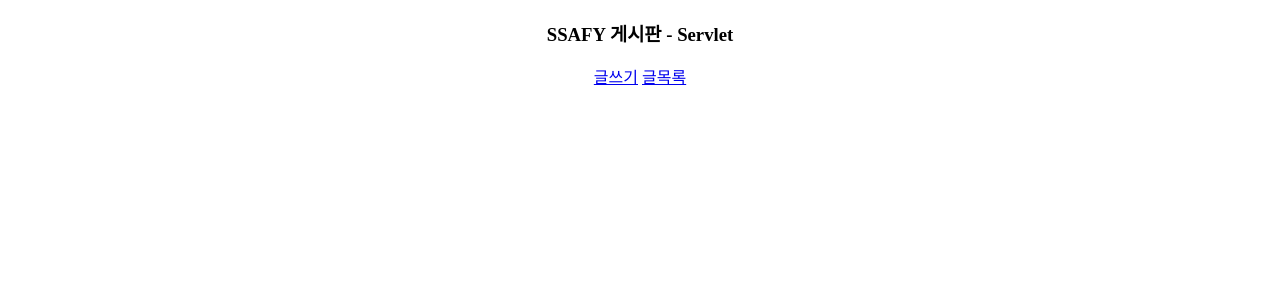
Repository: govltjsdnd24/SSAFY_BackEnd
Page: board1_servlet/WebContent/index.html
The author's editor kept a copy of each file at every save. The page is drawn from the files as they stood at one save, then again after the next save.
The browser window is 1280 px wide. The pictures show the whole page.

Above is the page before, as saved 2023-09-14 05:51:52.

### board1_servlet/WebContent/index.html
<!DOCTYPE html>
<html>
<head>
<meta charset="UTF-8">
<title>Insert title here</title>
</head>
<body>
	<div align="center">
		<h3> SSAFY 게시판 - Servlet</h3>
		<a href="/board1_servlet/board/write.html">글쓰기</a>
		<a href="/board1_servlet/list">글목록</a>
	</div>
</body>
</html>

After the next save:
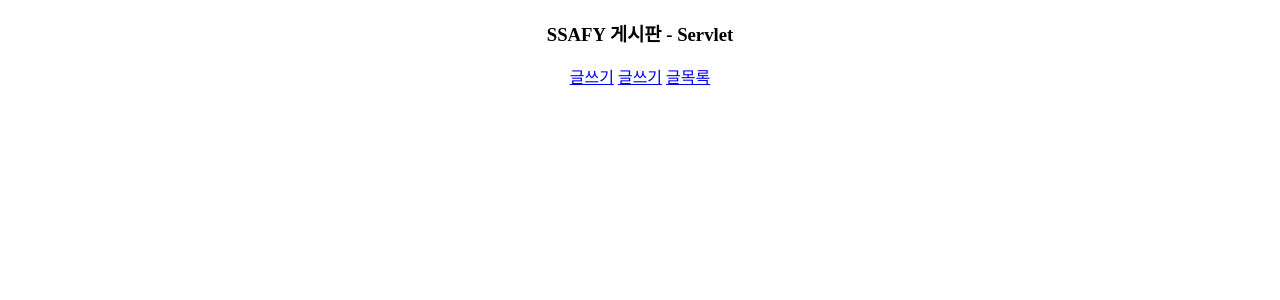
Saved 111 s later.
--- a/board1_servlet/WebContent/index.html
+++ b/board1_servlet/WebContent/index.html
@@ -8,6 +8,7 @@
 	<div align="center">
 		<h3> SSAFY 게시판 - Servlet</h3>
 		<a href="/board1_servlet/board/write.html">글쓰기</a>
+		<a href="/board.do">글쓰기</a>
 		<a href="/board1_servlet/list">글목록</a>
 	</div>
 </body>
